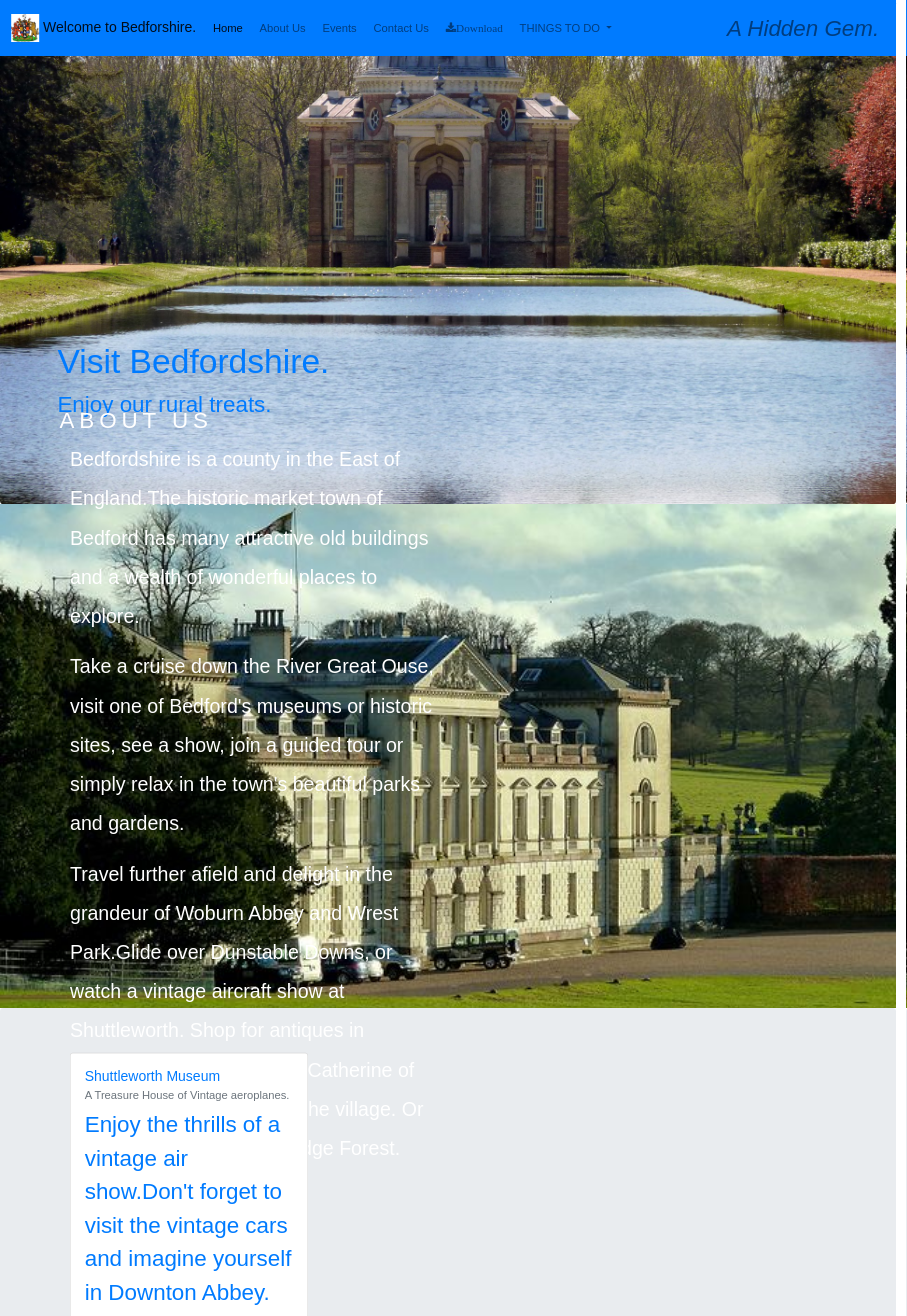
Repository: margaretalice/wrest
Page: index.html
The author's editor kept a record of every edit. The page is drawn from the files as they stood at one moment, then again after the next edit.
The browser window is 1280 px wide. The page is 1295 px wide, so the pictures cover 1295 px, including what lies to the right of the window. The pictures show the part of the page from y = 0 to 1880 px (the page is 5794 px tall), at 70% of full size.
Backgrounds fixed to the window are drawn as part of the page.

Above is the page before.

### index.html

   <!DOCTYPE html>
<html lang="en">

<head>
    <meta charset="UTF-8">
    <meta name="viewport" content="width=device-width, initial-scale=1.0">
    <meta http-equiv="X-UA-Compatible" content="ie=edge">
    <link rel="stylesheet" href="https://maxcdn.bootstrapcdn.com/bootstrap/4.1.3/css/bootstrap.min.css" type="text/css" />
    <link rel="stylesheet" href="https://stackpath.bootstrapcdn.com/font-awesome/4.7.0/css/font-awesome.min.css" type="text/css" />
    <link rel="stylesheet" href="https://cdnjs.cloudflare.com/ajax/libs/hover.css/2.3.1/css/hover-min.css" type="text/css" />
    <link rel="stylesheet" href="assets/css/style.css" type="text/css" />

    <title>Bedfordshire:a county of surprises</title>
</head>
    <body>
       <header class="jumbotron" id="landing-view">


    <nav class="navbar navbar-light navbar-expand-sm bg-primary navbar-light fixed-top">

        <a href="/" class="navbar-brand">
            <img src="bedfordshire-coat-arms.jpg" alt="logo" style="width:40px;">

                   Welcome to Bedforshire. </a>



        <button class="navbar-toggler ml-auto" type="button" data-toggle="collapse" data-target="#navbarNavDropdown" aria-controls="navbarNavDropdown" aria-expanded="false" aria-label="Toggle navigation">

        <span class="navbar-toggler-icon"></span></button>



        <div class="collapse navbar-collapse" id="navbarNavDropdown">

            <ul class="navbar-nav mr-auto">

                <li class="active nav-item mr-2"><a class="nav-link" href="/">Home</a></li>

                <li class="nav-item mr-2"><a class="nav-link" href="">About Us</a></li>

                <li class="nav-item mr-2"><a class="nav-link" href="">Events</a></li>

                <li class="nav-item mr-2"><a class="nav-link" href="">Contact Us</a></li>
                 <li class="nav-item mr-2"><a class="nav-link" href=""><i class="fa fa-download" aria-hidden="true"><span>Download</span></i></a></li>

                <li class="nav-item dropdown">

                    <a class="nav-link dropdown-toggle" href="#" id="navbarDropdownMenuLink" role="button" data-toggle="dropdown" aria-haspopup="true" aria-expanded="false">

        THINGS TO DO

        </a>

                    <div class="dropdown-menu" aria-labelledby="navbarDropdownMenuLink">

                        <a class="dropdown-item" href="#">FOOD & DRINK</a>

                        <a class="dropdown-item" href="#">SHOPPING</a>

                        <a class="dropdown-item" href="#">ACCOMODATION</a>

                        <a class="dropdown-item" href="#">CONFERENCES</a>

                    </div>

                </li>




            </ul>

        </div>

        <div class="d-none d-md-block">

            <p class="navbar-text my-auto mr-2"><i>A Hidden Gem.</i></p>



        </div>

        <!--</div>-->
        </nav>
                <div class="container top">

                <h1 class='name'>Visit Bedfordshire.</h1>

                <p class='title'>Enjoy our rural treats.</p>

            </div>
        </header>


    <section id="info">

        <div class="container about-row">

            <div class="row" id='about'>

                <h2>About Us</h2>

            </div>
            <div class="col-xs-hidden col-sm-6">


                <p class='about-p'>Bedfordshire is a county in the East of England.The historic market town of Bedford has many attractive old buildings and a wealth of wonderful places to explore.</p>

                <p class='about-p hidden-sm'>Take a cruise down the River Great Ouse, visit one of Bedford's museums or historic sites, see a show, join a guided tour or simply relax in the town's beautiful parks and gardens.</P>
                </div>
                <div>
                     <div class="col-xs-hidden col-sm-6">




                <p class='about-p'col-sm-hidden >Travel further afield and delight in the grandeur of Woburn Abbey and Wrest Park.Glide over Dunstable Downs, or watch a vintage aircraft show at Shuttleworth. Shop for antiques in Ampthill and find out about Catherine of Aragon's involvement
                    with the village. Or relax in the beauty of Ashridge Forest.</P>

            </div>
            </div>



    </section>
     <section class="jumbotron"  id="event">

        <div class="container scroll-work" >

            <div class="col-xs-6 col-sm-4 project-cards">
                  <div class="card">
  <div class="card-body">



    <h5 class="card-title">Shuttleworth Museum</h5>
    <h6 class="card-subtitle mb-2 text-muted">A Treasure House of Vintage aeroplanes.</h6>
    <p class="card-text">Enjoy the thrills of a vintage air show.Don't forget to visit the vintage cars and imagine yourself in Downton Abbey.</p>
      <a href="https://www.shuttleworth.org/events/airshows/" class="btn btn-primary">Read More</a>


  </div>
</div>
  </div>
</div>









            <div class="col-xs-6 col-sm-4 project-cards">

                <div class="card">

                    <div class="card-body">

                        <h5 class="card-title">Herrings Green</h5>

                        <h6 class="card-subtitle mb-2 text-muted">Farm activities for the family. </h6>

                        <p class="card-text">Children will be fascinated by the bird of prey displays. Ride on tractors, visit the pony boutique, or meet the alpacas.</p>

                        <div class="row">
                              <a href="http://birdsofpreycentre.co.uk/things-to-do/" class="btn btn-primary">Read More</a>




                        </div>

                    </div>

                </div>

            </div>

            <div class="col-xs-6 col-sm-4 project-cards">

                <div class="card">

                    <div class="card-body">

                        <h5 class="card-title">Come to Whipsnade Zoo.</h5>

                        <h6 class="card-subtitle mb-2 text-muted">A Safari Park dedicated to the conservation of animals.</h6>

                        <p class="card-text">Have a wild day out at the Hullabazoo Adventure Playground. Ride the jumbo express around the zoo.Enjoy excellent food and drink.</p>

                        <div class="row">
                              <a href= "https://www.zsl.org/zsl-whipsnade-zoo/visitor-information"  class="btn btn-primary">Read More</a>




                        </div>

                    </div>

                </div>

            </div>


            <div class="col-xs-6 col-sm-4 project-cards">

                <div class="card">

                    <div class="card-body">

                        <h5 class="card-title">Aquasana Spa</h5>

                        <h6 class="card-subtitle mb-2 text-muted">Re-energise yourself at a spa in the heart of a forest.</h6>

                        <p class="card-text">Spend a day or as long as you want in the Blossom spa, the Fire and Ice spa, or the Herbal and Sensory spas.</p>

                        <div class="row">
                            <a href="https://www.aquasana.co.uk/spa-locations/woburn-forest/spa-experience-rooms.html" class="btn btn-primary">Read More</a>






                        </div>

                    </div>

                </div>

            </div>



            <div class="col-xs-6 col-sm-4 project-cards">

                <div class="card">

                    <div class="card-body">

                        <h5 class="card-title">Ampthill Park.</h5>

                        <h6 class="card-subtitle mb-2 text-muted">Take part in the many events held in Ampthill park.</h6>

                        <p class="card-text">Visit the home of Catherine of Aragon. Rumour has it that her ghost can be seen at twilight!</p>

                        <div class="row">
                             <a href= "https://en.wikipedia.org/wiki/Ampthill_Park" class="btn btn-primary">Read More</a>






                        </div>

                    </div>

                </div>

            </div>


            <div class="col-xs-6 col-sm-4 project-cards">

                <div class="card">

                    <div class="card-body">

                        <h5 class="card-title">Hitchin Lavender</h5>

                        <h6 class="card-subtitle mb-2 text-muted">A Treat for all the Senses.</h6>

                        <p class="card-text">Pick your own lavender then indulge in homemade cake in the seventeenth century barn.</p>

                        <div class="row">
                             <a href="https://hitchinlavender.com/" class="btn btn-primary">Read More</a>



                        </div>

                    </div>

                </div>

            </div>




            <div class="col-xs-6 col-sm-4 project-cards">

                <div class="card">

                    <div class="card-body">


                        <h5 class="card-title">Twinwoods Adventure Center.</h5>

                        <h6 class="card-subtitle mb-2 text-muted">Try a wide range of exciting activities.</h6>

                        <p class="card-text">Go skydiving, indoor surfing, archery or jump off the top of a building (safely!)</p>


                        <div class="row">
                             <a href="https://twinwoodsadventure.com/" class="btn btn-primary">Read More</a>




                        </div>

                    </div>

                </div>

            </div>
            </section>










    <section class="section" id="find">
        <div class="container">


            <div class="row"id="title">
                <div class="col-md-8">
                <h2>FIND US</h2>
                </div>
                </div>
                </div>




          <div class="row" id="findus">
              <div class="col-md-8">
            <p class="section-paragraph">Bedfordshire is easy to reach by car, and public transport.</p>
            <p class="section-paragraph"> We are located between the A1 and M1 and are well served by the A421 dual carriageway, which links the two major roads as well as the A6 and A428.</p>
            <p class="section-paragraph">Bedfordshire is served by Thameslink, East Midlands and the Marston Vale Line.</p>

       </div>
       </div>



              <aside>
                  <div class="row" id="astitle">
                      <div class="col-md-4">

                <h3> The County of Bedfordshire.</h3>
                </div>
                <div class="row"  id="asidepara"
                <div class= "col-md-4">
                <p>Use the map to locate different venues.</p>
                </div>
                </div>
                <div class="image">
                <img src="guide.jpg" alt="map" height=100 width=100>
                </div>
                </div>

          </aside>








    </section>



    <!--*****CONTACT*****-->

    <section class="jumbotron scroll" id="contact">

        <div class="container">

            <div class="col-sm-6"></div>

            <div class="col-xs-12 col-sm-6 contact-form">
                <div class="input"></div>

                <h2 id="contact-head">Contact Us</h2>

                <form id='contact-form'>

                    <div class="row contact">

                        <div class="form-group">

                            <input type="text" class="form-control" id="exampleInputName" name='Name' placeholder="Name" required>

                        </div>

                    </div>

                    <div class="row contact">

                        <div class="form-group">

                            <input type="text" class="form-control" id="exampleInputPhone" name='Phone' placeholder="Phone" required>

                        </div>

                    </div>

                    <div class="row contact">

                        <div class="form-group">

                            <input type="email" class="form-control" id="exampleInputEmail1" name='Email' placeholder="Email" required>

                        </div>

                    </div>

                    <div class="row contact">

                        <div class="form-group message">

                            <textarea class="form-control" name="message" rows="6" placeholder="Message" required></textarea>

                        </div>

                    </div>

                    <input type="submit" value='Send' class="btn btn-default">

                </form>

            </div>

        </div>

<div class="alert alert-warning id="alert" role="alert">
  Be the first to know about events and discounted ticket prices!
</div>

    </section>

    <!--*****FOOTER******-->

    <footer>

        <div class="container">

            <div class="row foot id="foot">

                <div class="col-xs-12 col-sm-12 icons">

                    <a href=https://www.facebook.com/bedfordnews target="_blank"><i class="fa fa-facebook"></i></a>

                    <a href"=https://www.instagram.com/explore/tags/bedfordshire/ target="_blank"><i class="fa fa-instagram"></i></a>

               <a  href=""><i class="fa fa-download" aria-hidden="true"><span>Download</span></i></a></li>

                    <a href="https://twitter.com/bedfordnewstarget="_blank"><i class="fa fa-twitter"></i></a>

                </div>

            </div>

        </div>

    </footer>







 <script src="https://code.jquery.com/jquery-3.3.1.slim.min.js" integrity="sha384-q8i/X+965DzO0rT7abK41JStQIAqVgRVzpbzo5smXKp4YfRvH+8abtTE1Pi6jizo" crossorigin="anonymous"></script>

    <script src="https://cdnjs.cloudflare.com/ajax/libs/popper.js/1.14.3/umd/popper.min.js" integrity="sha384-ZMP7rVo3mIykV+2+9J3UJ46jBk0WLaUAdn689aCwoqbBJiSnjAK/l8WvCWPIPm49" crossorigin="anonymous"></script>

    <script src="https://stackpath.bootstrapcdn.com/bootstrap/4.1.3/js/bootstrap.min.js" integrity="sha384-ChfqqxuZUCnJSK3+MXmPNIyE6ZbWh2IMqE241rYiqJxyMiZ6OW/JmZQ5stwEULTy" crossorigin="anonymous"></script>



</body>
</html>

### assets/css/style.css
body {



    font-family: 'Nobile', sans-serif;
   color: rgba(0, 123, 255, 1);

}

#landing-view {

    background-attachment: fixed;

    background-image: url('../images/wrest-park-bedfordshire.jpg');

    background-position: bottom;

    background-size: cover;

    height: 100vh;

    width: 100vw;

    margin-bottom: 0px;

    z-index: 1;

}

.top {

    padding-left: 12px;

    margin-top:12%;

}



h1 {

    padding-top:25%;


    font-size: 3em;
   color: rgba(0, 123, 255, 1);
    transition:ease-in-out 2s;


}













.jumbotron p {

    font-size: 2em;
 color: rgba(0, 123, 255, 1);
    transition:ease-in-out 2s;


}
.about-row {

    padding-bottom: 5%;

    font-size: 1.75em;

    line-height: 2;
    color:#ffffff;

}



h2 {

    margin-left: 15px;

    margin-top: 15%;

    letter-spacing: 7px;

    text-transform: uppercase;

}



.about-row .aboutp {

    font-size:0.8em;

    margin: 0 auto;
    color:#ffffff;
    line-height:0.5;

}


#info{
   height: 100vh;



    background: url('../images/Woburn Abbey.jpg') no-repeat center center fixed;

    -webkit-background-size: cover;

    -moz-background-size: cover;

    -o-background-size: cover;

    background-size: cover;



    display: flex;

    align-items: center;

    justify-content: center;
}

After the next edit:
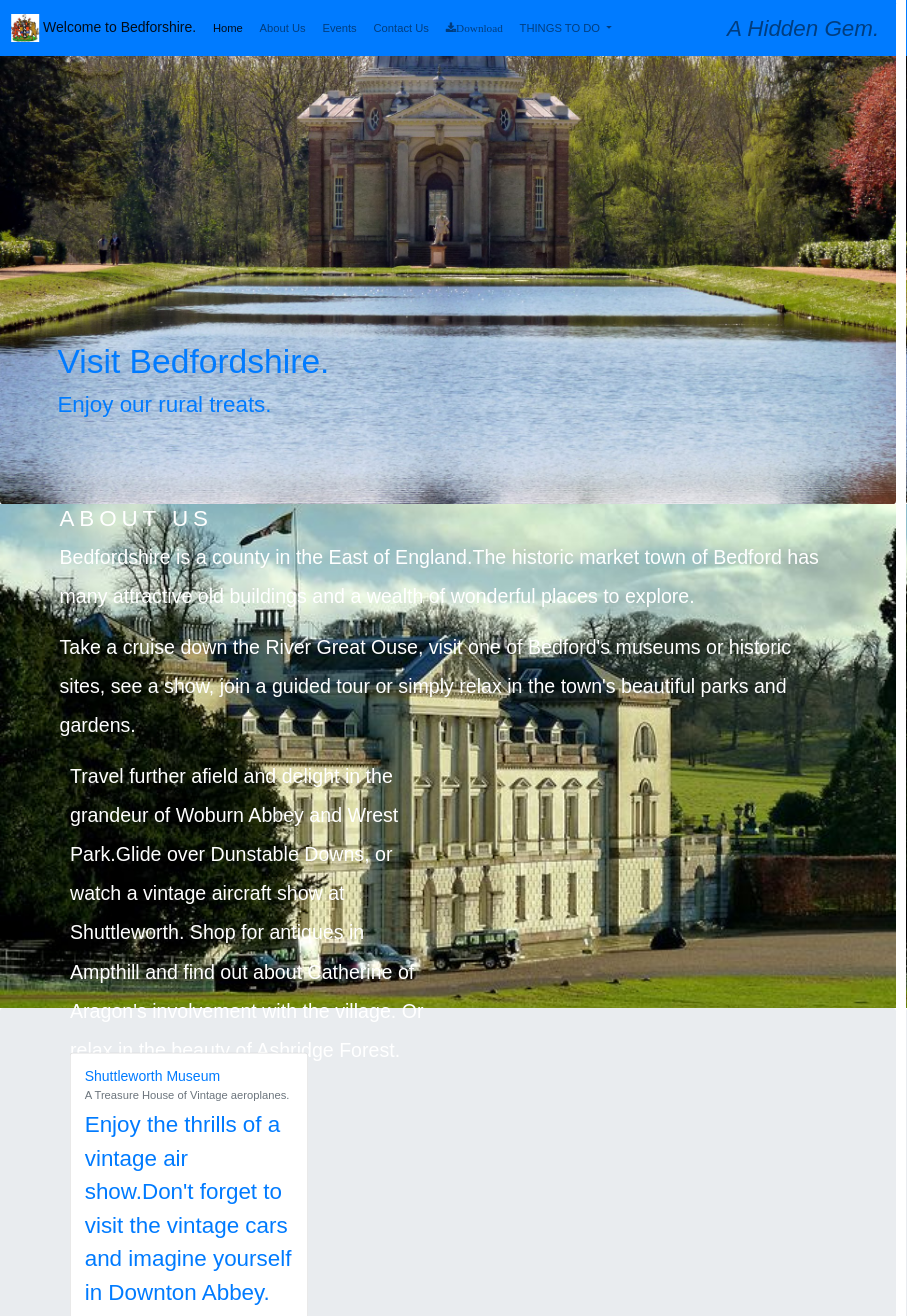
The edit:
--- a/index.html
+++ b/index.html
@@ -103,7 +103,7 @@
                 <h2>About Us</h2>
 
             </div>
-            <div class="col-xs-hidden col-sm-6">
+            <div>
 
 
                 <p class='about-p'>Bedfordshire is a county in the East of England.The historic market town of Bedford has many attractive old buildings and a wealth of wonderful places to explore.</p>
